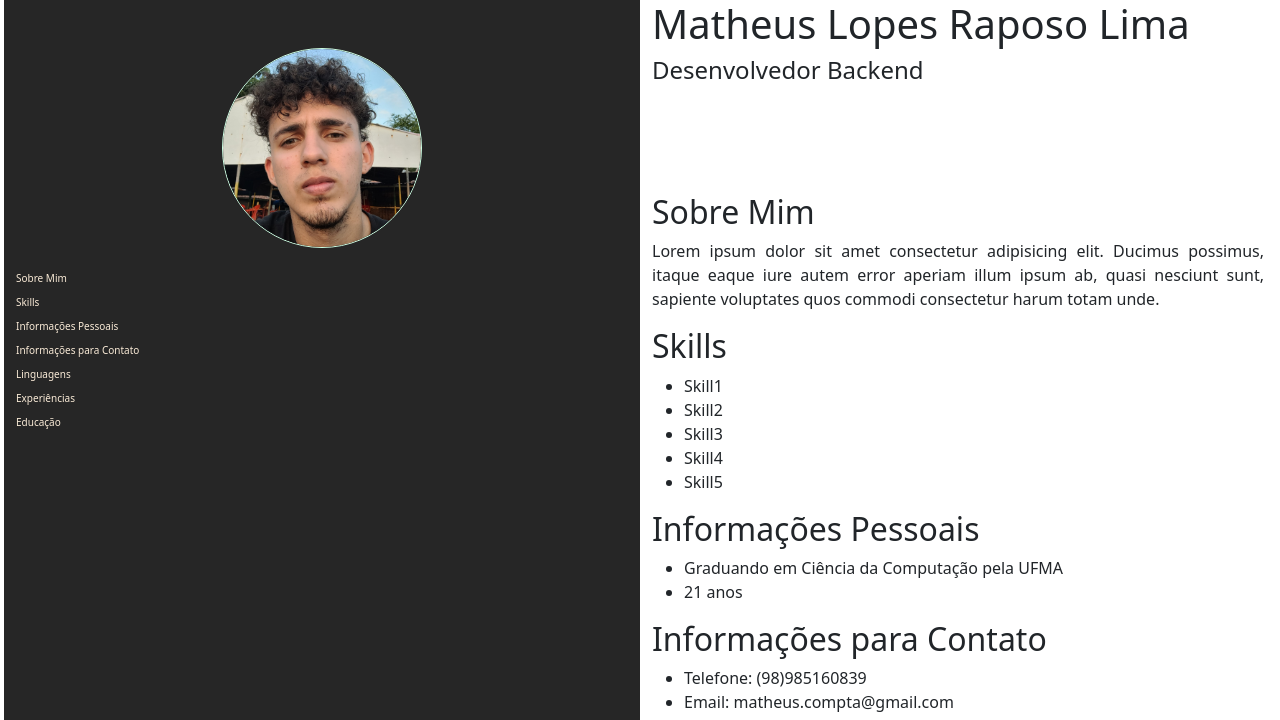
Repository: MaatheusRaposo/Curriculo_Web
Page: index.html
An editor plug-in stored every save of this project. The page is shown before and after the next save, followed by the edit.
The browser window is 1280 px wide. The pictures show the whole page.
An inner scrolling area shows only its first screen.

Above is the page before, as saved 2026-05-28 01:50:52.

### index.html
<!DOCTYPE html>
<html lang="en">
<head>
    <meta charset="UTF-8">
    <meta name="viewport" content="width=device-width, initial-scale=1.0">
    <title>Curriculo Matheus Raposo</title>
    <link href="https://cdn.jsdelivr.net/npm/bootstrap@5.3.8/dist/css/bootstrap.min.css" rel="stylesheet" integrity="sha384-sRIl4kxILFvY47J16cr9ZwB07vP4J8+LH7qKQnuqkuIAvNWLzeN8tE5YBujZqJLB" crossorigin="anonymous">
    <link rel="stylesheet" href="assets/css/style.css">
</head>
<body>
    <div class="container-fluid px-3">
        <div class="row">
            <div class="col text-light d-flex flex-column" id="coluna-esquerda">
                <div class="d-flex justify-content-center align-items-center pt-5">
                    <img class="foto-perfil position-relative mb-3" src="assets/images/20230725_175129.jpg" alt="">
                </div>
                <div>
                    <a href="#sobreMim">Sobre Mim</a> <br>
                    <a href="#Skills">Skills</a> <br>
                    <a href="#infoPessoal">Informações Pessoais</a> <br>
                    <a href="#infoCtt">Informações para Contato</a> <br>
                    <a href="#linguagens">Linguagens</a> <br>
                    <a href="#exps">Experiências</a> <br>
                    <a href="#edu">Educação</a> <br>
                </div>
            </div>
            <div class="col d-flex flex-column" id="coluna-direita">
                <section>
                    <h1>Matheus Lopes Raposo Lima</h1>
                    <h4>Desenvolvedor Backend</h4>
                </section>
                <div class="d-flex justify-content-center flex-column mt-3 espacamento-classes">
                    <section id="sobreMim">
                        <h2>Sobre Mim</h2>
                        <p>Lorem ipsum dolor sit amet consectetur adipisicing elit. Ducimus possimus, itaque eaque iure autem error aperiam illum ipsum ab, quasi nesciunt sunt, sapiente voluptates quos commodi consectetur harum totam unde.</p>
                    </section>
                    <section  id="Skills">
                        <h2>Skills</h2>
                        <ul>
                            <li>Skill1</li>
                            <li>Skill2</li>
                            <li>Skill3</li>
                            <li>Skill4</li>
                            <li>Skill5</li>
                        </ul>
                    </section>
                    <section id="infoPessoal">
                        <h2>Informações Pessoais</h2>
                        <ul>
                            <li>Graduando em Ciência da Computação pela UFMA</li>
                            <li>21 anos</li>
                        </ul>
                    </section>
                    <section id="infoCtt">
                        <h2>Informações para Contato</h2>
                        <ul>
                            <li>Telefone: (98)985160839</li>
                            <li>Email: matheus.compta@gmail.com</li>
                            <li>Rua seis 30, Vila Sarney Filho I, São José de Ribamar - MA</li>
                        </ul>
                    </section>
                    <section id="linguagens">
                        <h2>Linguagens</h2>
                        <ul>
                            <li>Português</li>
                            <li>Inglês</li>
                        </ul>
                    </section>
                    <section id="exps">
                        <h2>Experiências</h2>
                        <section>
                            <h4>Experiência1</h4>
                            <p>Lorem ipsum dolor sit amet consectetur adipisicing elit. Quo fugit assumenda ipsum veritatis cupiditate illum, dolore iure ad eligendi odio aliquam ipsam molestias mollitia quos, eveniet rem natus, sequi omnis?</p>
                        </section>
                        <section>
                            <h4>Experiencia2</h4>
                            <p>Lorem ipsum dolor, sit amet consectetur adipisicing elit. Pariatur soluta doloribus beatae illum atque, nemo a? Distinctio obcaecati nulla totam! Vero facilis dolorem nobis, asperiores laborum in sed unde nisi.</p>
                        </section>
                        <section>
                            <h4>Experiencia3</h4>
                            <p>Lorem ipsum dolor sit amet consectetur adipisicing elit. Accusantium, error inventore porro iste vero eaque eum exercitationem perferendis. Alias voluptatum officiis, qui fugiat explicabo sed consequatur perspiciatis atque suscipit error.</p>
                        </section>
                    </section>
                    <section id="edu">
                        <h2>Educação</h2>
                        <section>
                            <h4>Formação1</h4>
                        </section>
                        <section>
                            <h4>Formação2</h4>
                        </section>
                    </section>
                </div>
            </div>
        </div>
    </div>

    <script src="https://cdn.jsdelivr.net/npm/bootstrap@5.3.8/dist/js/bootstrap.bundle.min.js" integrity="sha384-FKyoEForCGlyvwx9Hj09JcYn3nv7wiPVlz7YYwJrWVcXK/BmnVDxM+D2scQbITxI" crossorigin="anonymous"></script>
    <script src="app.js"></script>
    <noscript>Voce precisa tivar o JavaScript para ver o curriculo perfeitamente</noscript>
</body>
</html>

### assets/css/style.css
.foto-perfil {
    width: 200px;
    height: 200px;
    border: 1px solid #CEFFE4;
    border-radius: 50%;
    object-fit: cover;
}

#coluna-esquerda {
    background-color: #262626;
}

#coluna-direita {
    overflow-y: auto;
    scroll-behavior: smooth;
    height: 100vh;
}

a {
    text-decoration: none;
    color: antiquewhite;
    font-size: 10px;
}

a:hover {
    font-size:
}

@media screen and (min-width: 768px) {
    .espacamento-classes {
        margin-top: 100px !important;
    }
}

.espacamento-classes {
    text-align: justify;
}

Loaded but not shown: app.js (no stored copy; drawn as an empty file)

After the next save:
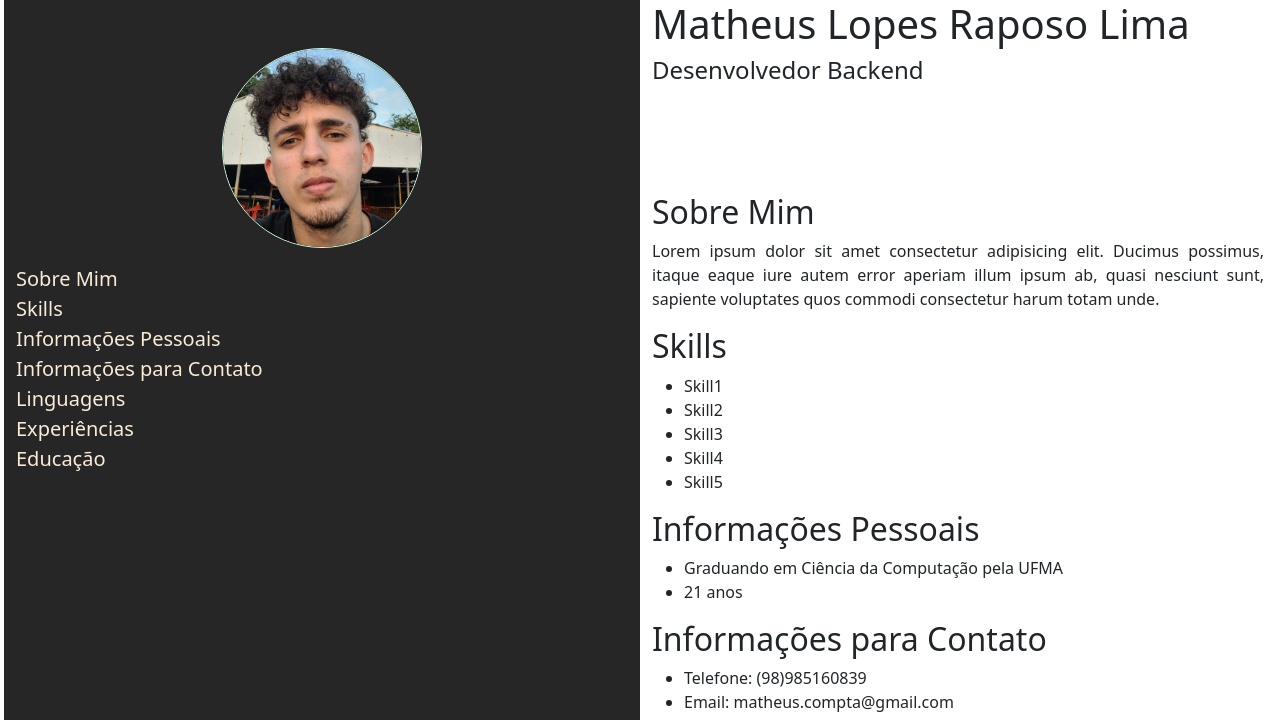
Saved 5 s later.
--- a/assets/css/style.css
+++ b/assets/css/style.css
@@ -19,7 +19,7 @@
 a {
     text-decoration: none;
     color: antiquewhite;
-    font-size: 10px;
+    font-size: 20px;
 }
 
 a:hover {
